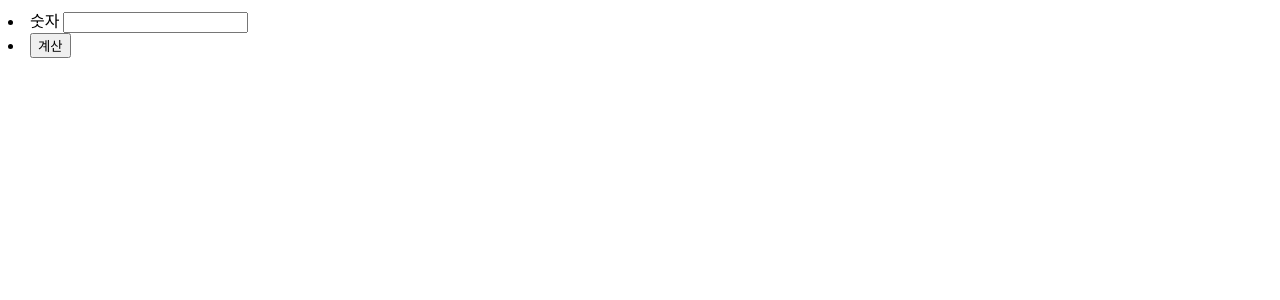
Repository: KyoungHwanJeong/jspworks
Page: http://localhost/jwbook/request/even_odd_11_21.jsp
The author's editor kept a copy of each file at every save. The page is drawn from the files as they stood at one save, then again after the next save.
The browser window is 1280 px wide. The pictures show the whole page.
The page is served by Tomcat 9. Other server files are loaded and not shown.

Above is the page before, as saved 2023-11-21 06:00:04.

### jwbook/src/main/webapp/request/even_odd_11_21.jsp
<%@ page language="java" contentType="text/html; charset=UTF-8"
    pageEncoding="UTF-8"%>
<!DOCTYPE html>
<html>
<head>
<meta charset="UTF-8">
<title>Insert title here</title>
</head>
<body>
	<form action=calcProcess_11_21.jsp method=post>
		<li>
			<label for = "num">숫자 </label>
			<input type="text" id="num" name="num">
		</li>
		<li>
			<button type = "submit">계산</button>
		</li>
	</form>
</body>
</html>

After the next save:
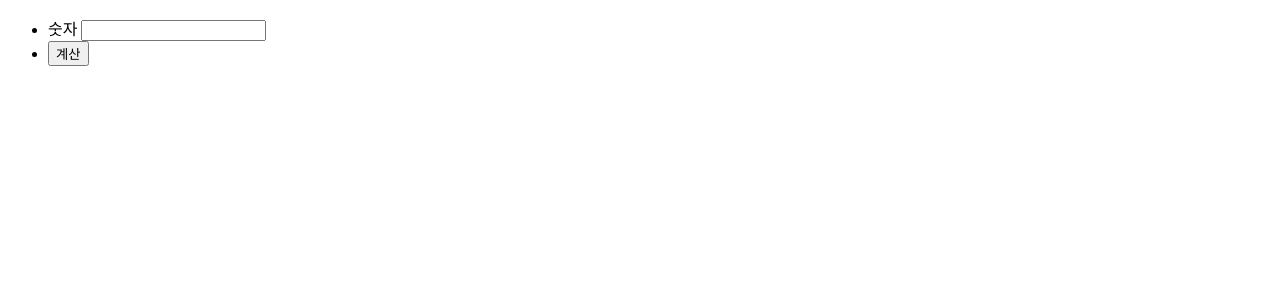
Saved 48 s later.
--- a/jwbook/src/main/webapp/request/even_odd_11_21.jsp
+++ b/jwbook/src/main/webapp/request/even_odd_11_21.jsp
@@ -8,6 +8,7 @@
 </head>
 <body>
 	<form action=calcProcess_11_21.jsp method=post>
+	<ul>
 		<li>
 			<label for = "num">숫자 </label>
 			<input type="text" id="num" name="num">
@@ -15,6 +16,7 @@
 		<li>
 			<button type = "submit">계산</button>
 		</li>
+	</ul>
 	</form>
 </body>
 </html>
